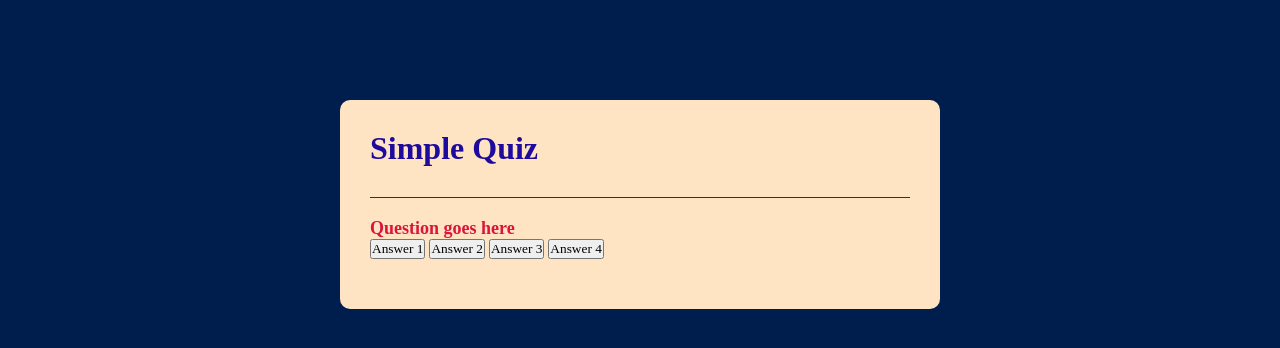
Repository: supriya123yadav/Quiz-project
Page: index.html
The author's editor kept a copy of each file at every save. The page is drawn from the files as they stood at one save, then again after the next save.
The browser window is 1280 px wide. The pictures show the whole page.

Above is the page before, as saved 2024-07-07 15:44:37.

### index.html
<!DOCTYPE html>
<html lang="en">
<head>
    <meta charset="UTF-8">
    <meta name="viewport" content="width=device-width, initial-scale=1.0">
    <title>Quiz App - Easy Tutorials</title>
    <link rel="stylesheet" href="style.css">
</head>
<body>
    <div class="app">
        <h1>Simple Quiz</h1>
        <div class="quiz">
            <h2 id="question">Question goes here</h2>
            <div id="answer-buttons">
                <button class="btn">Answer 1</button>
                <button class="btn">Answer 2</button>
                <button class="btn">Answer 3</button>
                <button class="btn">Answer 4</button>


            </div>

        </div>

    </div>

</body>
</html>

### style.css
* {
    margin: 0px;
    padding: 0px;
    font-family: serif;
    box-sizing: border-box;

}
body{
    background: #001e4d;
}
.app{
    background:bisque;
    width: 90%;
    max-width: 600px;
    margin: 100px auto 0;
    border-radius: 10px;
    padding: 30px;

}
.app h1{
   font-weight: 25px;
   color: rgb(30, 11, 157);
   font-weight: 600px;
   border-bottom: 1px solid #333;
   padding-bottom: 30px;
}
.quiz{
    padding: 20px 0;

}
.quiz h2{
    font-size: 18px;
    color: crimson;


}

After the next save:
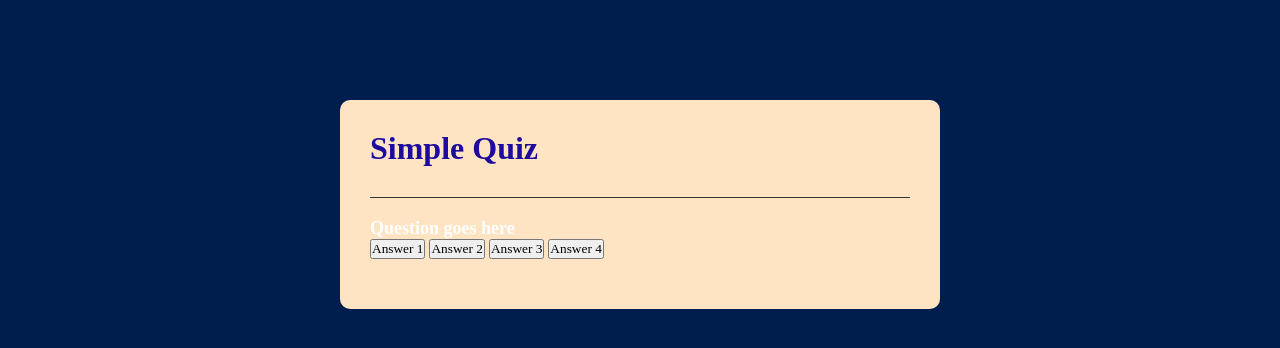
Saved 44 s later.
--- a/style.css
+++ b/style.css
@@ -30,7 +30,7 @@
 }
 .quiz h2{
     font-size: 18px;
-    color: crimson;
+    color:rgb(255, 255, 255);
 
 
 }
